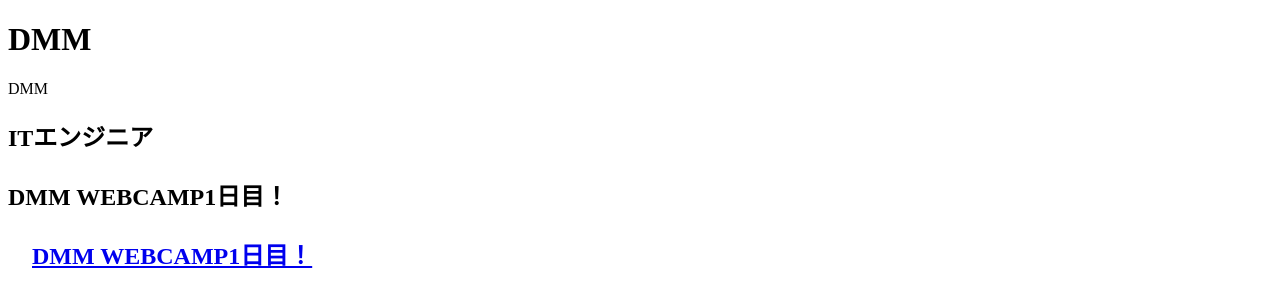
Repository: sunny0105yoko/bookers2-debug
Page: sample/sample.html
The author's editor kept a record of every edit. The page is drawn from the files as they stood at one moment, then again after the next edit.
The browser window is 1280 px wide. The pictures show the whole page.

Above is the page before.

### sample/sample.html
<!DOCTYPE HTML>
<html lang="ja">
  <head>
    <meta charset="UTF-8" />
    <title>初めてのHTML</title>

    <link rel="stylesheet" href="style.css" />
  <body>
    <h1>DMM</h1>
    <p class="Word-orange">DMM</p>
    <h2>ITエンジニア
  　<p class="word-red">DMM WEBCAMP1日目！</p>
  　<a href="https://web-camp.online/lesson/curriculums/283/contents/2646">DMM WEBCAMP1日目！</a>


</html>

### sample/style.css
#word-red {
  color: red;
}
#word-orange {
  color: orange;
}

After the next edit:
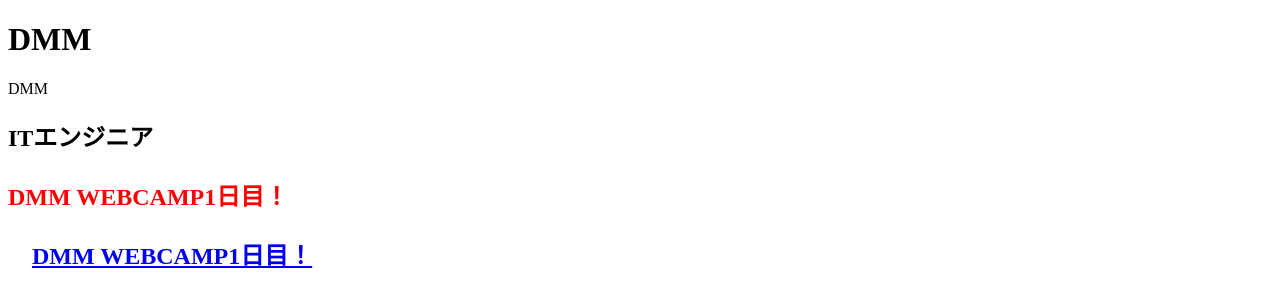
The edit:
--- a/sample/style.css
+++ b/sample/style.css
@@ -1,4 +1,4 @@
-#word-red {
+.word-red {
   color: red;
 }
 #word-orange {
